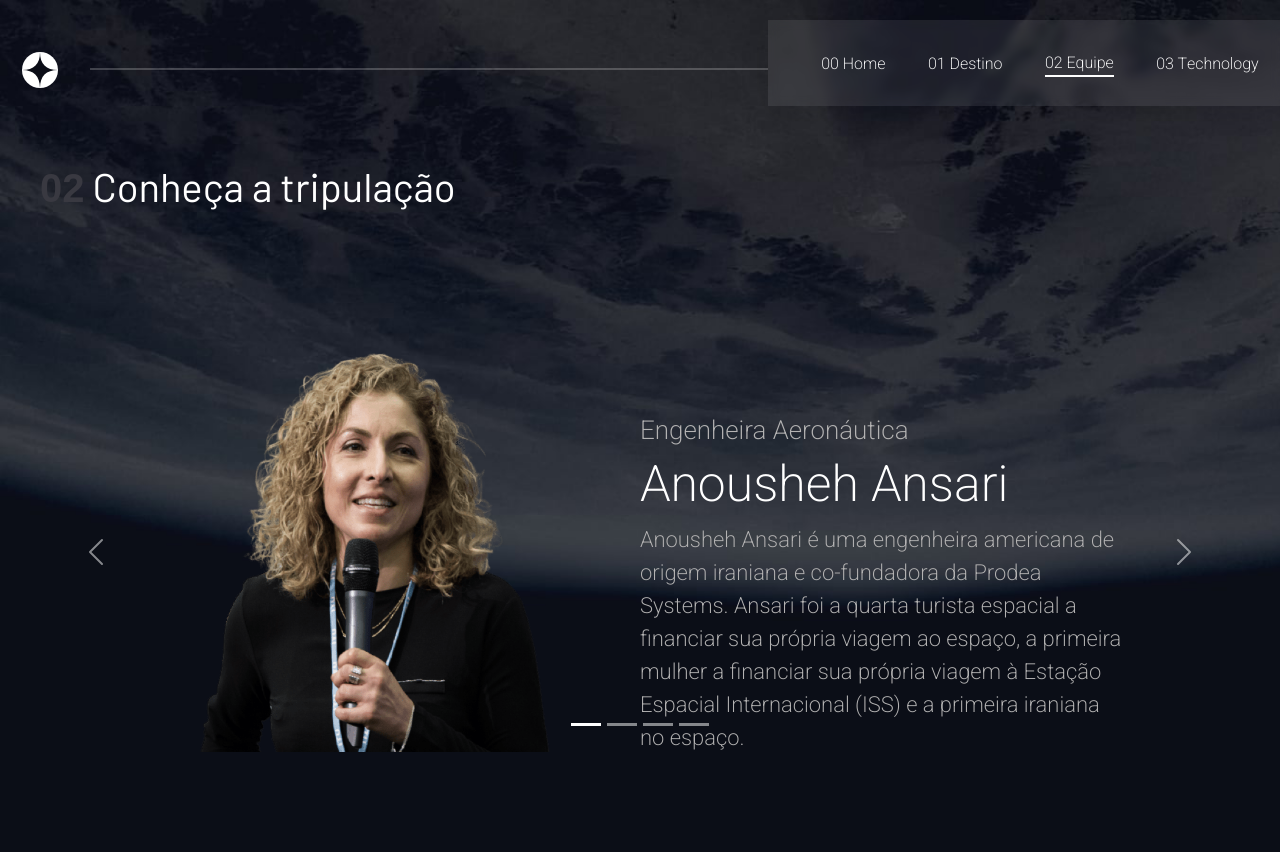
Repository: Leonngc/space-site
Page: crew-commander.html
The author's editor kept a copy of each file at every save. The page is drawn from the files as they stood at one save, then again after the next save.
The browser window is 1280 px wide. The pictures show the whole page.
Some web libraries are served in a nearby version.

Above is the page before, as saved 2023-05-01 17:09:30.

### crew-commander.html
<!DOCTYPE html>
<html lang="pt-br">
<head>
  <meta charset="UTF-8">
  <meta name="viewport" content="width=device-width, initial-scale=1, minimum-scale=1">

  <link rel="icon" type="image/png" sizes="32x32" href="./assets/favicon-32x32.png">
  <link rel='stylesheet' href='https://cdn-uicons.flaticon.com/uicons-bold-rounded/css/uicons-bold-rounded.css'>
  <link rel="stylesheet" href="starter-code/styles/menu.css">
  <link rel="stylesheet" href="starter-code/styles/crew.css">

  <link href="https://cdn.jsdelivr.net/npm/bootstrap@5.3.0-alpha3/dist/css/bootstrap.min.css" rel="stylesheet" integrity="sha384-KK94CHFLLe+nY2dmCWGMq91rCGa5gtU4mk92HdvYe+M/SXH301p5ILy+dN9+nJOZ" crossorigin="anonymous">
  <script src="starter-code/script/menu.js" defer></script>
  <title>Frontend Mentor | Space tourism website</title>
</head>
<body>

  <header>
    <a href="index.html" target="_parent"><img src="starter-code/assets/shared/logo.svg" alt="" class="logo"></a>

    <div class="line"></div>
    <nav>
      <button class="menu-button"><i class="fi fi-br-menu-burger"></i></button>
      <ul class="menu">
      <li class="item-menu"><a href="index.html" target="_parent">00 Home</a></li>
      <li class="item-menu"><a href="destination-moon.html" target="_blank">01 Destino</a></li>
      <li class="item-menu page-active"><a href="#">02 Equipe</a></li>
      <li class="item-menu"><a href="#">03 Technology</a></li>
      </ul>
    </nav>
  </header>

  <h1><strong>02</strong> Conheça a tripulação</h1>

  <div id="carouselExampleIndicators" class="carousel slide" style="margin-top: 100px; margin-bottom: 100px;">
    <div class="carousel-indicators">
      <button type="button" data-bs-target="#carouselExampleIndicators" data-bs-slide-to="0" class="active" aria-current="true" aria-label="Slide 1"></button>
      <button type="button" data-bs-target="#carouselExampleIndicators" data-bs-slide-to="1" aria-label="Slide 2"></button>
      <button type="button" data-bs-target="#carouselExampleIndicators" data-bs-slide-to="2" aria-label="Slide 3"></button>
      <button type="button" data-bs-target="#carouselExampleIndicators" data-bs-slide-to="3" aria-label="Slide 4"></button>
    </div>
    <div class="carousel-inner">
      <div class="carousel-item active">
        <img src="starter-code/assets/crew/image-anousheh-ansari.png" class="d-flex w-5" alt="...">
        <div class="text-box">
          <h2>Engenheira Aeronáutica</h2>
          <h3>Anousheh Ansari</h3>

          <p>
            Anousheh Ansari é uma engenheira americana de origem iraniana e co-fundadora da Prodea Systems. Ansari foi a quarta turista espacial a financiar sua própria viagem ao espaço, a primeira mulher a financiar sua própria viagem à Estação Espacial Internacional (ISS) e a primeira iraniana no espaço.
          </p>
        </div>
      </div>
      <div class="carousel-item">
        <img src="starter-code/assets/crew/image-douglas-hurley.png" class="d-flex w-5" alt="...">

          <div class="text-box">
            <h2>Comandante</h2>
            <h3>Douglas Hurley</h3>
              <p>
                Douglas Gerald Hurley é um engenheiro, ex-piloto do Corpo de Fuzileiros Navais dos Estados Unidos e ex-astronauta da NASA. Ele foi lançado ao espaço pela terceira vez como comandante da missão Crew Dragon Demo-2.
              </p>
          </div>
      </div>
      <div class="carousel-item">
        <img src="starter-code/assets/crew/image-mark-shuttleworth.png" class="d-flex w-5" alt="...">
        <div class="text-box">
          <h2>Especialista em missões</h2>
          <h3>Mark Shuttleworth</h3>
          <p>
            Mark Richard Shuttleworth é o fundador e CEO da Canonical, a empresa por trás do sistema operacional baseado em Linux, o Ubuntu. Shuttleworth se tornou o primeiro sul-africano a viajar para o espaço como turista espacial.
          </p>
        </div>
      </div>
      <div class="carousel-item">
        <img src="starter-code/assets/crew/image-victor-glover.png" class="d-flex w-5" alt="...">
        <div class="text-box">
          <h2>Piloto</h2>
          <h3>Victor Glover</h3>
          <p>
            Piloto do primeiro voo operacional da nave SpaceX Crew Dragon para a Estação Espacial Internacional. Glover é comandante na Marinha dos Estados Unidos, onde pilota um F/A-18. Ele foi membro da tripulação da Expedição 64 e atuou como engenheiro de sistemas de voo da estação.
          </p>
        </div>
      </div>

    </div>
    <button class="carousel-control-prev" type="button" data-bs-target="#carouselExampleIndicators" data-bs-slide="prev">
      <span class="carousel-control-prev-icon" aria-hidden="true"></span>
      <span class="visually-hidden">Previous</span>
    </button>
    <button class="carousel-control-next" type="button" data-bs-target="#carouselExampleIndicators" data-bs-slide="next">
      <span class="carousel-control-next-icon" aria-hidden="true"></span>
      <span class="visually-hidden">Next</span>
    </button>
  </div>


</body>

<script src="https://cdn.jsdelivr.net/npm/@popperjs/core@2.11.7/dist/umd/popper.min.js" integrity="sha384-zYPOMqeu1DAVkHiLqWBUTcbYfZ8osu1Nd6Z89ify25QV9guujx43ITvfi12/QExE" crossorigin="anonymous"></script>
<script src="https://cdn.jsdelivr.net/npm/bootstrap@5.3.0-alpha3/dist/js/bootstrap.min.js" integrity="sha384-Y4oOpwW3duJdCWv5ly8SCFYWqFDsfob/3GkgExXKV4idmbt98QcxXYs9UoXAB7BZ" crossorigin="anonymous"></script>
</html>

### starter-code/styles/menu.css
@import url('https://fonts.googleapis.com/css2?family=Heebo:wght@200&display=swap');

*{
    padding: 0;
    margin: 0;
}


header{
    display: flex;
    justify-content: space-between;
}

.menu{
    display: none;
    margin-top: 20px;
    display: flex;
    width: 40vw ;
    height: 12vh;
    position: relative;
    list-style: none;
    overflow-x: hidden;
    background: rgba(255, 255, 255, 0.21);
    background: rgba(255, 255, 255, 0.08);
    box-shadow: 0 4px 30px rgba(0, 0, 0, 0.1);
    backdrop-filter: blur(5px);
    -webkit-backdrop-filter: blur(5px);
}

.item-menu{
    margin: auto;
}

.item-menu a{
    text-decoration: none;
    font-family: 'Heebo', sans-serif;
    color: white;
}


.line{
    background-color:  rgba(255, 255, 255, 0.21);
    height: 2px;
    width: 1110px;
    margin-top: 68px;
    margin-left: 30px;
}

.logo{
    margin-top: 50px;
    margin-left: 20px;
    width: 40px;
    height: 40px;
    padding: 2px;
}

.page-active{
    border-bottom: 2px solid white;
}

ul li > a:hover{
    font-size: 18px;
    transition: 2s;
}

.menu-button{
    display: none;
}



@media (max-width: 999px){
    .line{
        display: none;
    }
    body{
        overflow-x: hidden;
        max-width: 100vw;
    }


    .menu{
        position: absolute;
        right: 0;
        flex-direction: column;
        width: 80vw;
        height: 90vh;
        z-index: 10000;
        margin: 0;
        border-top-left-radius: 15px;
        border-bottom-left-radius: 15px;
        transform: translateX(100%);
        transition: transform 0.6s ease-in;
        background: rgba(0, 0, 0, 0.392);
        background: rgba(0, 0, 0, 0.545);
        box-shadow: 0 4px 30px rgba(0, 0, 0, 0.1);
        backdrop-filter: blur(5px);
        -webkit-backdrop-filter: blur(5px);
    }




    .menu li{
       color: white;
       font-size: 18px;
       font-weight: bold;
    }

    .menu-button{
        display: block;
        font-size: 40px;
        color: white;
        background: none;
        border: none;
        padding: 10px;
        margin-top: 40px;
    }

    ul.active{
        transform: translateX(0);
    }

}

### starter-code/styles/crew.css
@import url('https://fonts.googleapis.com/css2?family=Barlow&display=swap');
@import url('https://fonts.googleapis.com/css2?family=Heebo:wght@200&display=swap');
/*  font-family: 'Barlow', sans-serif;
    font-family: 'Heebo', sans-serif;
*/

:root{
    --title-font: 'Barlow';
    --paragraph-font: 'Heebo';
}




body{
    background-image: url(../assets/crew/background-crew-desktop.jpg);
    background-size: cover;
    background-repeat: no-repeat;
}



h1{
    font-family: var(--title-font);
    padding: 40px;
    font-weight: lighter;
    color: white !important;
}

strong{
    color: #393941;
    font-family: Arial, Helvetica, sans-serif;
}

.carousel-inner img{
    margin-left: 200px;
    width: 350px;
    height: 400px;
}

.text-box{
    position: absolute;
    top: 16%;
    left: 50%;
    color: white;
    width: 38vw;
    font-family: var(--paragraph-font);
}

.text-box > h2{
    font-size: 26px;
    color: #b4b3b3;
}

.text-box > h3{
    font-size: 50px;
}

.text-box > p{
    color: #b4b3b3;
    font-size: 22px;
}

### starter-code/script/menu.js
class MobileNavbar{
    constructor(mobileMenu, navList, navLink){
        this.mobileMenu = document.querySelector(mobileMenu);
        this.navList = document.querySelector(navList);
        this.navLink = document.querySelector(navLink);
        this.activeClass = "active";
        this.handleClick = this.handleClick.bind(this)

    }

    handleClick(){
        this.mobileMenu.classList.toggle(this.activeClass)
    }

    addClickEvent(){
        this.mobileMenu.addEventListener("click", this.handleClick);
    }

    init(){
        if(this.mobileMenu){
            this.addClickEvent();
        }
        return this;
    }
}

const mobileNavbar = new MobileNavbar(
    "nav",
    "ul",
    "ul li",
);

mobileNavbar.init()

After the next save:
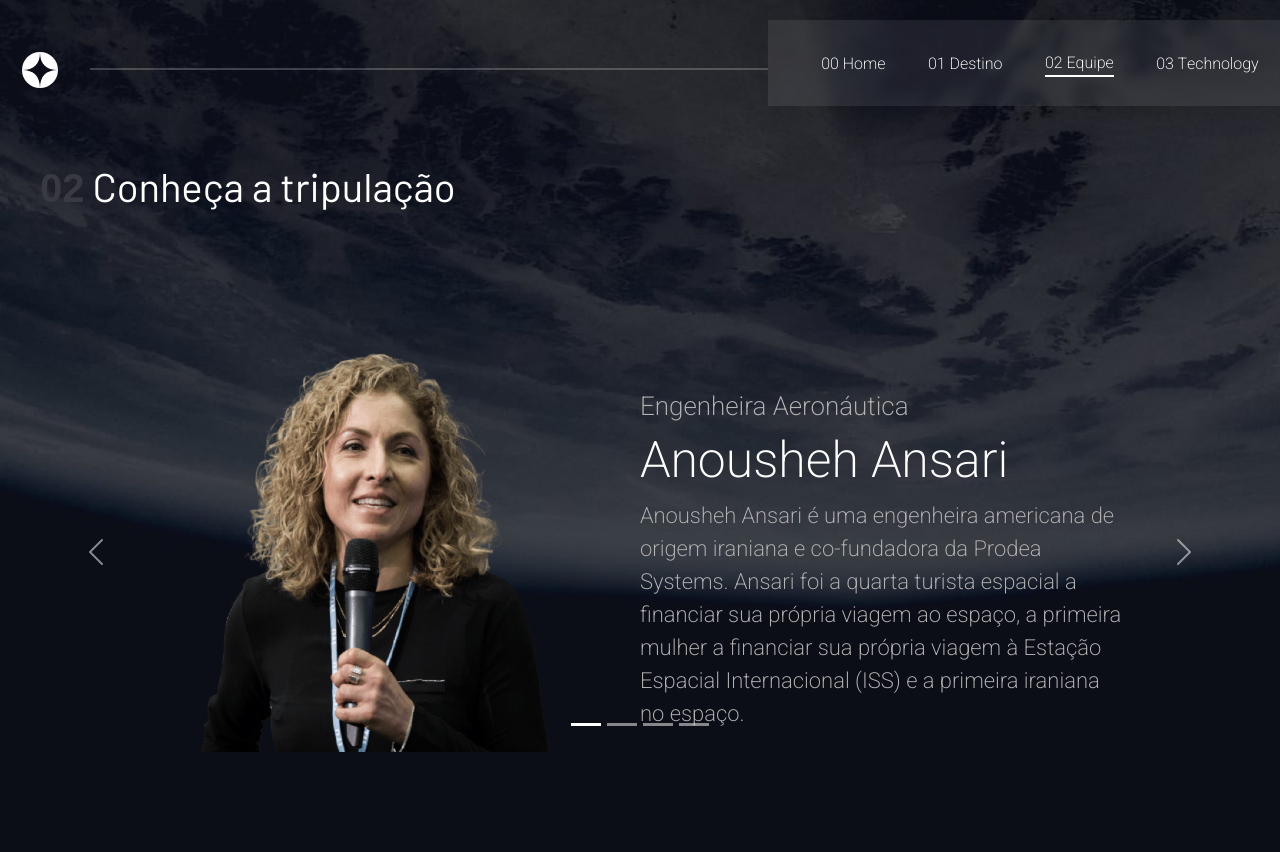
Saved 18 s later.
--- a/starter-code/styles/crew.css
+++ b/starter-code/styles/crew.css
@@ -40,7 +40,7 @@ strong{
 
 .text-box{
     position: absolute;
-    top: 16%;
+    top: 10%;
     left: 50%;
     color: white;
     width: 38vw;
